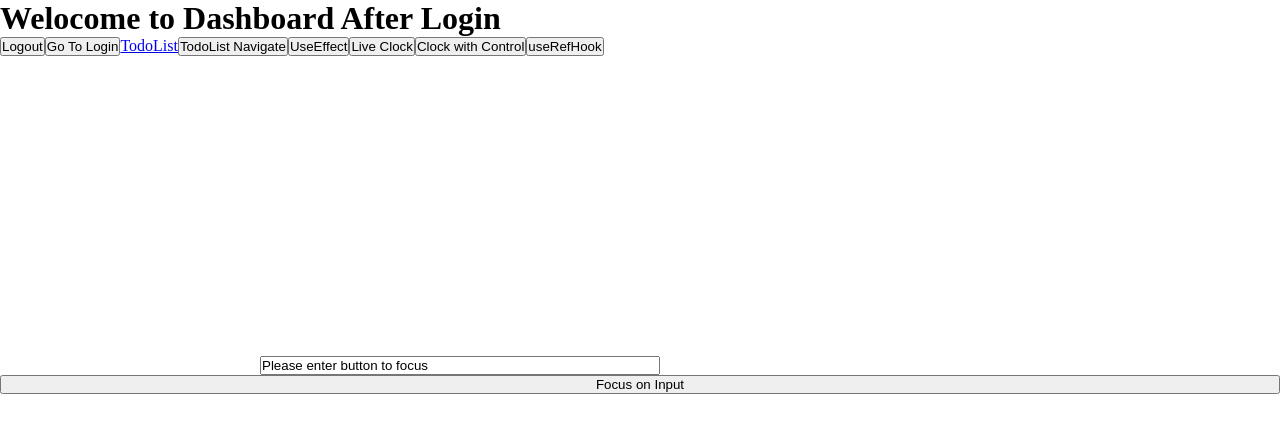
Repository: harshrathore123/ReactPractice
Page: /dashboard/useRefHook (app in my-app/)
The author's editor kept a copy of each file at every save. The page is drawn from the files as they stood at one save, then again after the next save.
The browser window is 1280 px wide. The pictures show the whole page.
The project was rebuilt for these pictures with package versions that can differ from the ones it lists, and the page was loaded fresh each time. Also part of the build but not shown: my-app/vite.config.js, my-app/src/component/Desctructuing.jsx, my-app/src/component/FirstName.jsx, my-app/src/component/Increment.jsx, my-app/src/component/Event.jsx, my-app/src/component/Form.jsx, my-app/src/component/Rendering.jsx, my-app/src/component/RenderingList.jsx and 7 more.

Above is the page before, as saved 2025-10-13 12:51:00.

### my-app/src/App.jsx
import './App.css';
import Destructuring from './component/Desctructuing';
import FirstName from './component/FirstName';
import Increment from './component/Increment';
import Event from './component/Event';
import Form from './component/Form';
import Rendering from './component/Rendering';
import RenderingList from './component/RenderingList';
import TodoList from './component/TodoList';
import {BrowserRouter, Routes, Route} from 'react-router-dom';
import Products from './component/Products';
import ProductDetails from './component/ProductDetails';
import Login from './component/Login';
import Dashboard from './component/Dashboard';
import UseEffect from './component/use_Effect';
import UseState_UseEffect from './component/Hooks/UseState_UseEffect';
import ClockWithControl from './component/Hooks/ClockWithControl';
import UseRefHook from './component/Hooks/useRefHook';

function App() {
  return (
    <>
    {/* <FirstName name="Harsh Rathore" age="23"/>
    <Destructuring batch="mern" internship_exp="4month"/>
    <Increment/>
    <Event intro="Hi I am harsh rathore"/>
    <Form/>
    <Rendering isLoggedIn={false}/>
    <RenderingList/>

    <TodoList/> */}
  <BrowserRouter>
      <Routes>
        {/* Parent route for products */}
        <Route path="/products" element={<Products />}>
          {/* Nested route inside /products */}
          <Route path=":id" element={<ProductDetails />} />
        </Route>

        <Route path='/login' element={<Login/>}/>
        <Route path='/dashboard' element={<Dashboard/>}>
        {/* Nested another component inside dashboard */}
          <Route path='todolist' element={<TodoList/>}/>
          <Route path='useeffect' element={<UseEffect/>}/>
          <Route path='live_clock' element={<UseState_UseEffect/>}/>
          <Route path='clockwithcontrol' element={<ClockWithControl/>}/>
          <Route path='useRefHook' element={<UseRefHook/>}/>
        </Route>

      </Routes>
    </BrowserRouter>


    </>
  )
}

export default App

### my-app/src/component/Dashboard.jsx
import { Link,Outlet, useNavigate } from "react-router-dom"
export default function Dashboard(){
    const navigate = useNavigate();
    const gotoLogin = () =>{
        navigate('/login');
    }

    const todolistNavigate = () =>{
        navigate('/dashboard/todolist');
    }

    return(
        <>
        <h1>Welocome to Dashboard After Login</h1>

        <button onClick={()=>navigate('/login')}>Logout</button>
        <button onClick={gotoLogin}>Go To Login</button>

        <Link to="todolist">TodoList</Link>
        <button onClick={todolistNavigate}>TodoList Navigate</button>
        <button onClick={()=>navigate('/dashboard/useeffect')}>UseEffect</button>
        <button onClick={()=>navigate('/dashboard/live_clock')}>Live Clock</button>
        <button onClick={()=>navigate('/dashboard/clockwithcontrol')}>Clock with Control</button>
        <button onClick={()=>navigate('/dashboard/useRefHook')}>useRefHook</button>
        <Outlet/>
        </>
    )
}

### my-app/src/component/Hooks/useRefHook.jsx
export default function UseRefHook(){

    const focusInput = () =>{

    }
    return(
        <>
        <div className="coainer" style={{display:"flex",justifyContent:"center",alignContent:"center",marginTop:"300px",flexDirection:"column"}}>
        <input type="text" placeholder="Please enter button to focus" style={{width:"400px",marginLeft:"260px"}} />
        <button onClick={focusInput}>Focus on Input</button>
        </div>

        </>
    )
}

### my-app/src/component/TodoList.css
*{
    margin: 0;
    padding: 0;
    box-sizing: border-box;
}

.container{
    width: 100%;
    height: 100vh;
    background-image: url('https://encrypted-tbn0.gstatic.com/images?q=tbn:ANd9GcR6epnd0KtuwAaygjj-Ls7D5RjgwV_ijX_qUQ&s');
    background-repeat: no-repeat;
    background-size: cover;
    position:relative;
}

.todobox{
    width: 400px;
    height: auto;
    position: absolute;
    top: 100px;
    left:200px;
    background: transparent;
    border-radius: 20px;
    box-shadow: 0 0 20px black;
}

#headline{
    text-align: center;
    padding: 20px;
    color: blue;
}

#task{
    width: 350px;
    height: 38px;
    border-radius: 20px;
    border: 2px solid blue;
    position: absolute;
    left: 30px;
    top: 90px;
    padding: 20px;
    outline:none;
}

input::placeholder{
    color: black;
}

input:hover{
    outline: none;
}

.addtask{
    position: absolute;
    top:91px;
    right: 20px;
    width: 80px;
    height: 41px;
    border-radius: 20px;
    border: none;
    padding: 10px;
    background: transparent;
    outline: none;
    cursor: pointer;
    background-color: blue;
    color: white;
}

.ul_list {
  margin-top: 90px;
  list-style: none;
  padding: 30px;
}

.ul_list li {
  padding: 10px;
  background: #f4f4f4;
  margin-bottom: 8px;
  border-radius: 5px;
  display: flex;
  justify-content: space-between;
  align-items: center;
}

Loaded but not shown: my-app/index.html (common file); my-app/src/main.jsx (common file); my-app/src/App.css (common file)

After the next save:
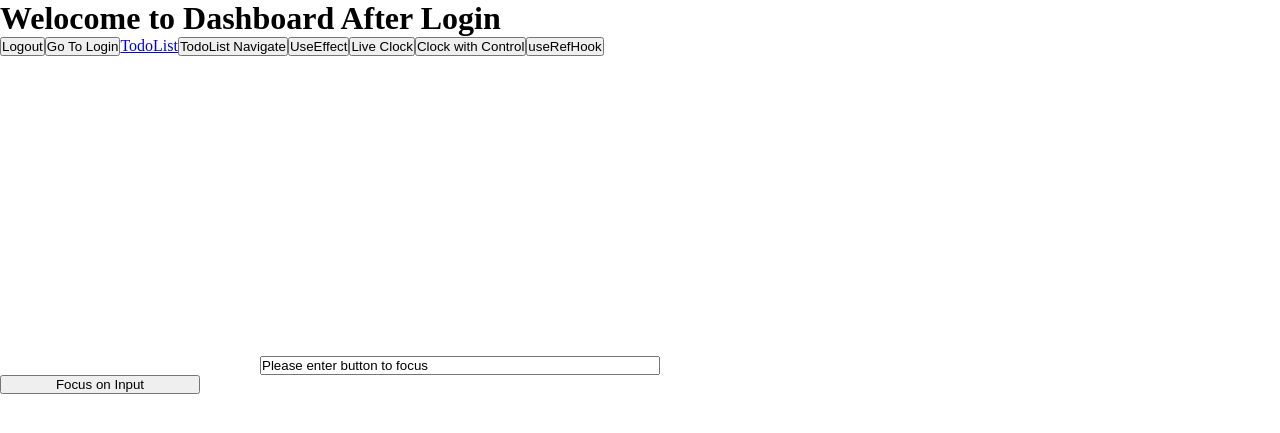
Saved 16 s later.
--- a/my-app/src/component/Hooks/useRefHook.jsx
+++ b/my-app/src/component/Hooks/useRefHook.jsx
@@ -7,7 +7,7 @@ export default function UseRefHook(){
         <>
         <div className="coainer" style={{display:"flex",justifyContent:"center",alignContent:"center",marginTop:"300px",flexDirection:"column"}}>
         <input type="text" placeholder="Please enter button to focus" style={{width:"400px",marginLeft:"260px"}} />
-        <button onClick={focusInput}>Focus on Input</button>
+        <button onClick={focusInput} style={{width:"200px",}}>Focus on Input</button>
         </div>
 
         </>
